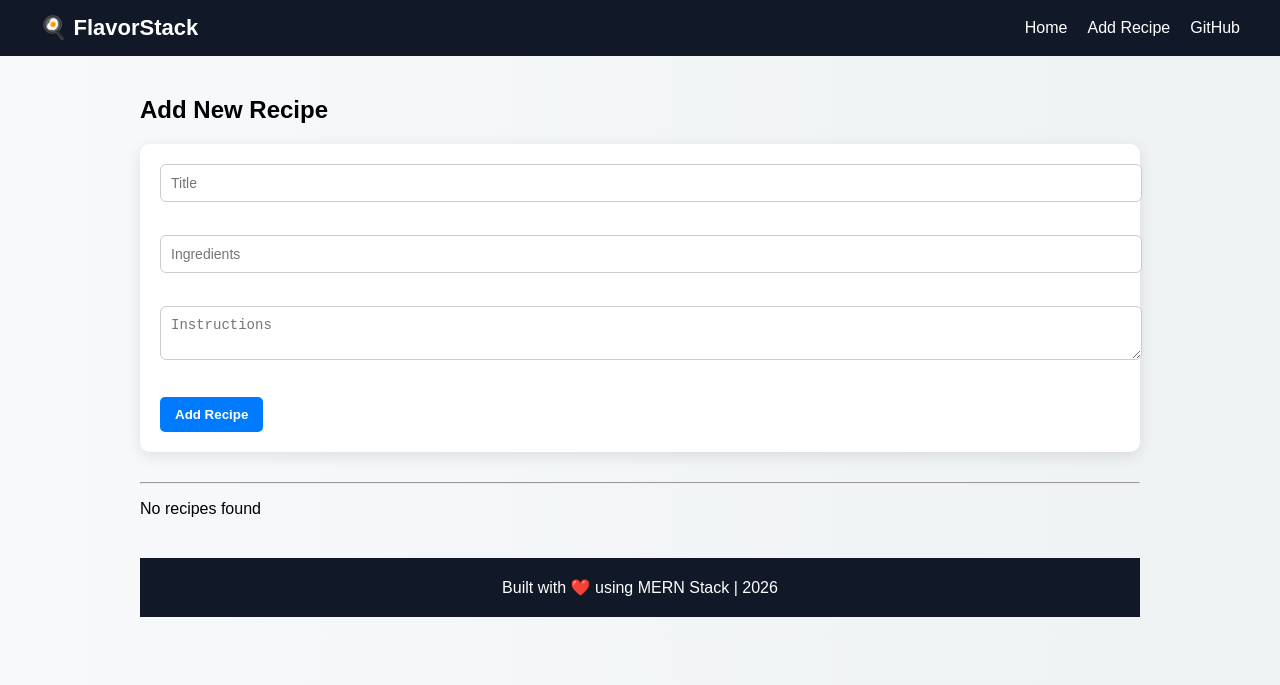
Repository: arshathdevo/recipeblogfrontend
Page: /
The author's editor kept a copy of each file at every save. The page is drawn from the files as they stood at one save, then again after the next save.
The browser window is 1280 px wide. The pictures show the whole page.
The page's requests for data from a server got no answer. The project was rebuilt for these pictures with package versions that can differ from the ones it lists, and the page was loaded fresh each time. No one was signed in, and anything a server would have sent is missing.

Above is the page before, as saved 2026-02-14 12:30:06.

After the next save:
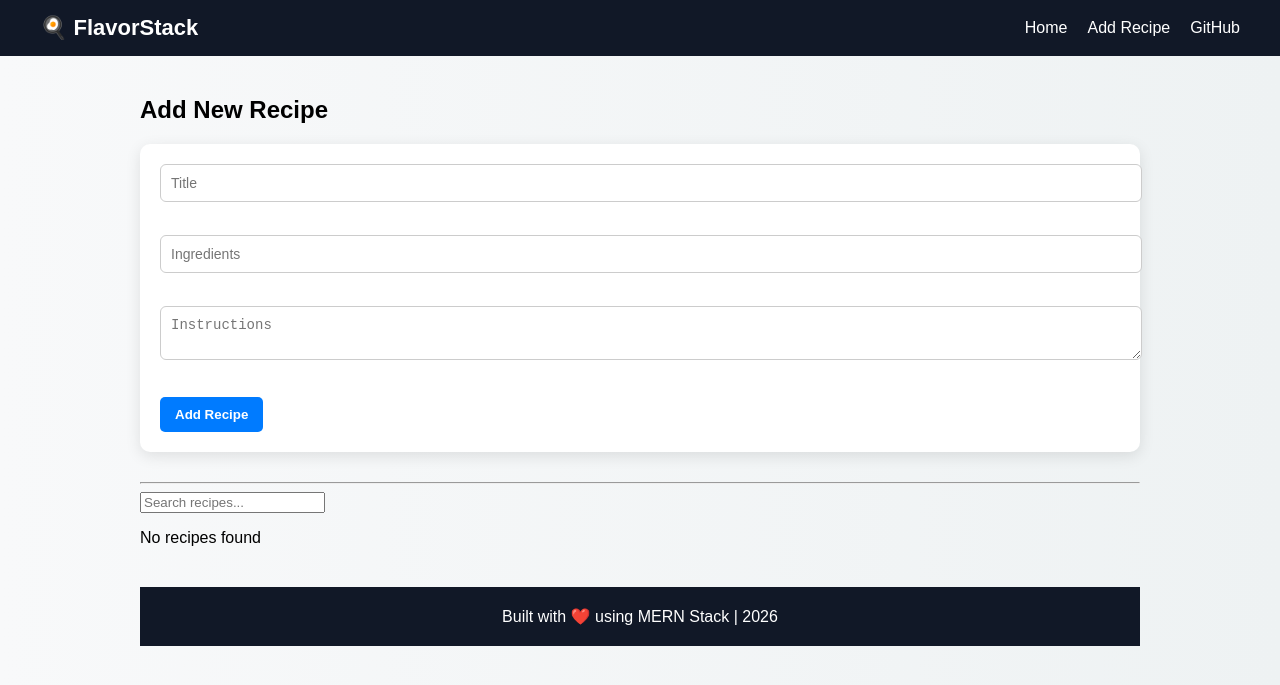
Saved 66 s later.
--- a/src/App.js
+++ b/src/App.js
@@ -225,6 +225,13 @@ const handleEdit = (recipe) => {
       </form>
 
       <hr />
+      <input
+  type="text"
+  placeholder="Search recipes..."
+  value={search}
+  onChange={(e) => setSearch(e.target.value)}
+  className="search"
+/>
 
       {/* ✅ DISPLAY RECIPES */}
      {recipes.length === 0 ? (
